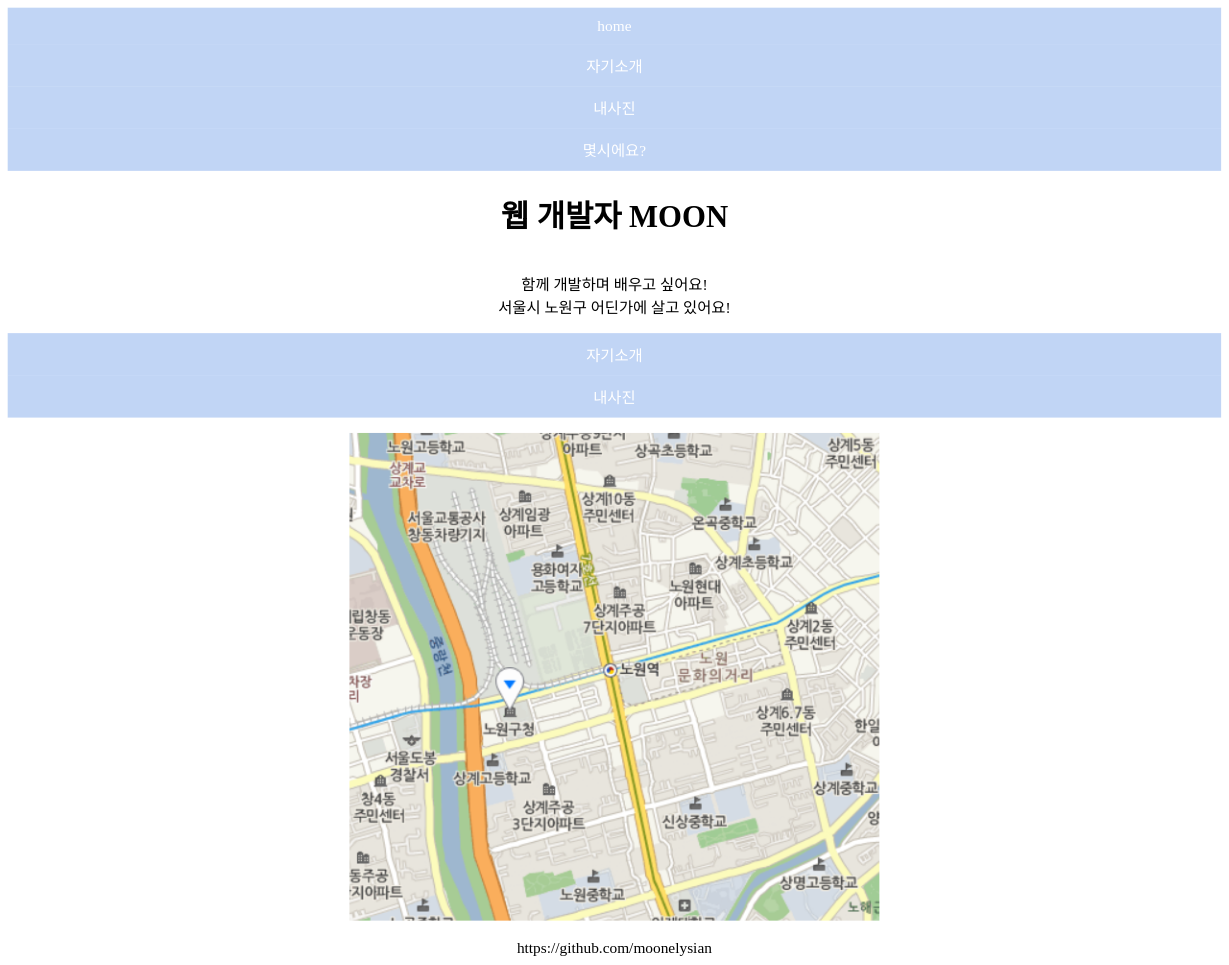
Repository: moonelysian/edwith-
Page: BE_PJT1-1/WebContent/index.html
The author's editor kept a copy of each file at every save. The page is drawn from the files as they stood at one save, then again after the next save.
The browser window is 1280 px wide. The pictures show the whole page, at 96% of full size.

Above is the page before, as saved 2019-08-07 05:36:34.

After the next save:
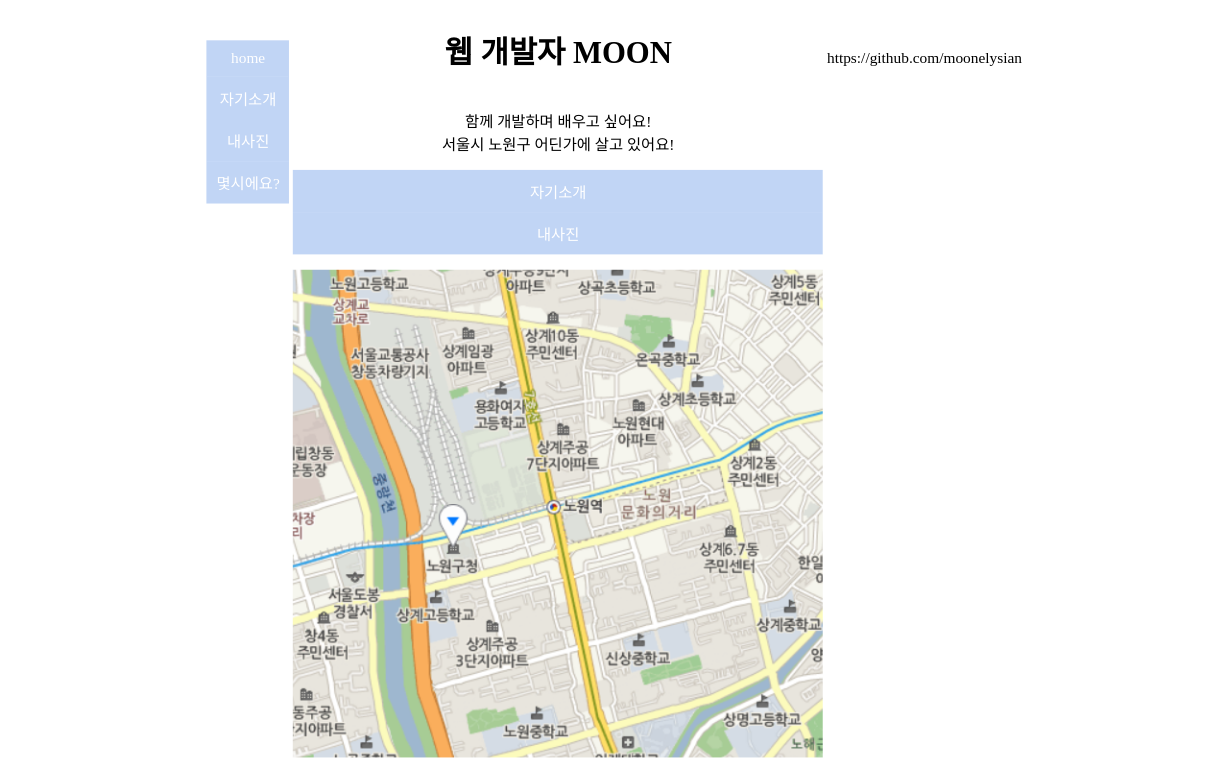
Saved 69 s later.
--- a/BE_PJT1-1/WebContent/style.css
+++ b/BE_PJT1-1/WebContent/style.css
@@ -11,6 +11,6 @@ a {
 a:hover{ color:black; }
 
 .grid-container{
-	display: grid;
+	display: inline-grid;
 	grid-column-gap: 50px;
 }
